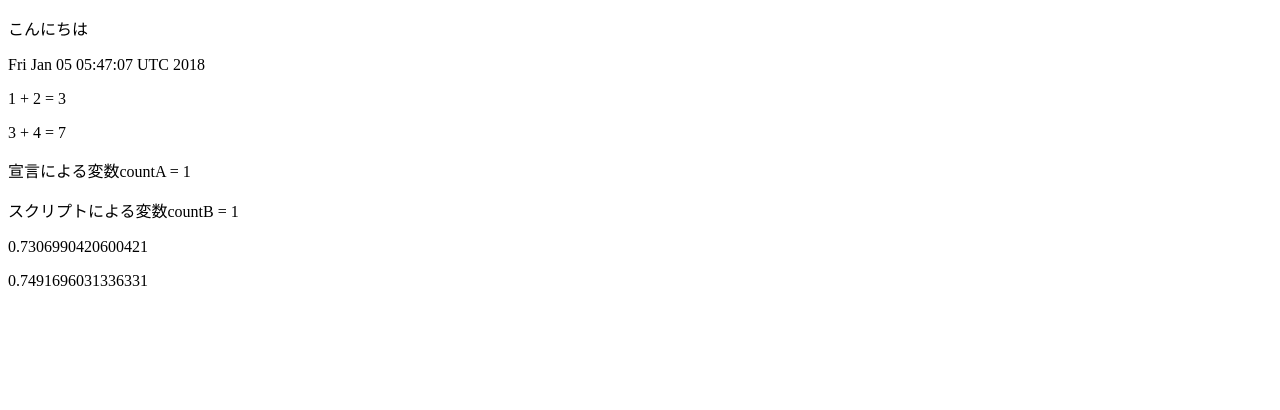
Repository: kf3225/backup
Page: http://localhost/HelloJSP/
The author's editor kept a copy of each file at every save. The page is drawn from the files as they stood at one save, then again after the next save.
The browser window is 1280 px wide. The pictures show the whole page.
The page is served by Tomcat 9.

Above is the page before, as saved 2018-01-05 06:37:57.

### HelloJSP/WebContent/index.jsp
<%@ page language="java" contentType="text/html; charset=UTF-8"
    pageEncoding="UTF-8"%>
<!DOCTYPE html PUBLIC "-//W3C//DTD HTML 4.01 Transitional//EN" "http://www.w3.org/TR/html4/loose.dtd">
<html>
<head>
<meta http-equiv="Content-Type" content="text/html; charset=UTF-8">
<title>TEST</title>
</head>
<body>
	<p>こんにちは</p>
	<% out.println(new java.util.Date()); %>
	<%!
		static int add (int a, int b) {
		return a + b;
		}
	%>

	<p>1 + 2 = <%= add (1, 2) %></p>
	<p>3 + 4 = <%= add (3, 4) %></p>

	<%! static int countA = 0; %>
	<%
		int countB = 0;
		countA++;
		countB++;
	%>

	<p>宣言による変数countA = <%= countA %></p>
	<p>スクリプトによる変数countB = <%= countB %></p>

	<p><% out.println(Math.random()); %></p>
	<p><%= Math.random() %>

</body>
</html>

After the next save:
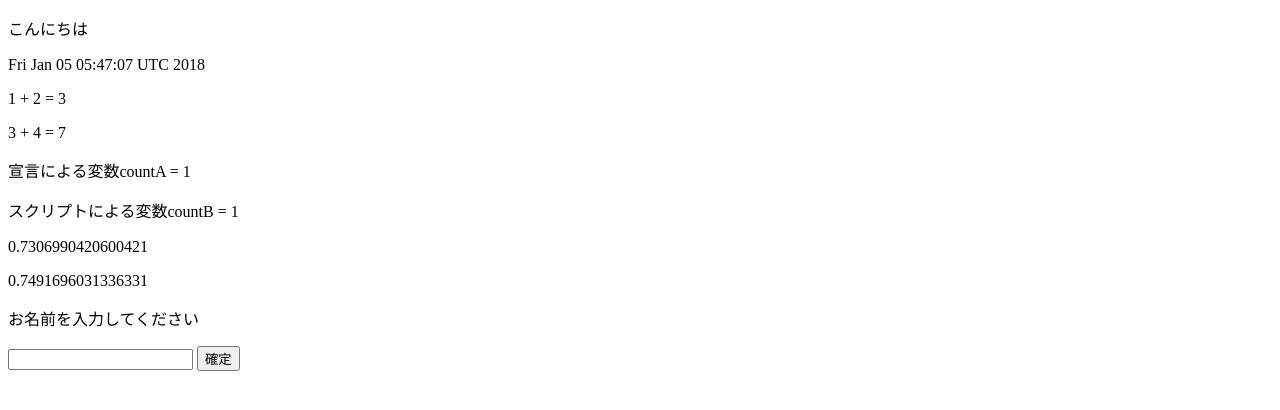
Saved 2 min 24 s later.
--- a/HelloJSP/WebContent/index.jsp
+++ b/HelloJSP/WebContent/index.jsp
@@ -31,5 +31,11 @@
 	<p><% out.println(Math.random()); %></p>
 	<p><%= Math.random() %>
 
+	<p>お名前を入力してください</p>
+	<form method = "post" action = "greeting-out.jsp">
+		<input type = "text" name = "user">
+		<input type = "submit" value="確定">
+	</form>
+
 </body>
 </html>
